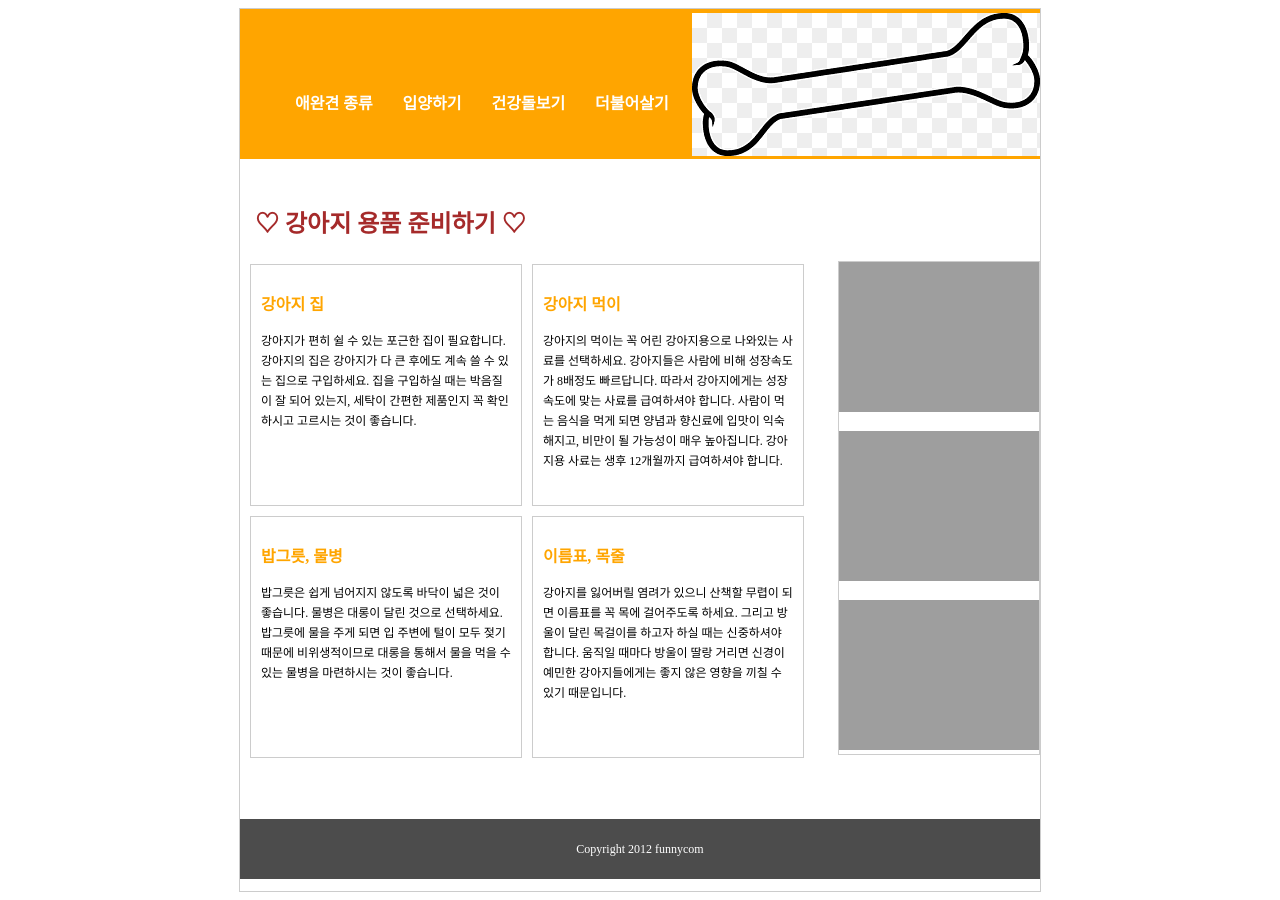
Repository: b1996om/HTML-CSS_study
Page: pro07/public/HTML5-layout.html
An editor plug-in stored every save of this project. The page is shown before and after the next save, followed by the edit.
The browser window is 1280 px wide. The pictures show the whole page.
Pictures or frames that could not be fetched are drawn as grey boxes.

Above is the page before, as saved 2022-12-07 08:22:31.

### pro07/public/HTML5-layout.html
<!DOCTYPE html>
<html lang="ko">
<head>
	<meta charset="utf-8">
	<title>HTML 레이아웃</title>
	<link href="css/style4.css" rel="stylesheet" type="text/css">
</head>
<body>
	<div id="wrapper">
		<header>
			<nav>
				<ul>
					<li><a href="#">애완견 종류</a></li>
					<li><a href="#">입양하기</a></li>
					<li><a href="#">건강돌보기</a></li>
					<li><a href="#">더불어살기</a></li>
				</ul>
			</nav>
		</header>
		<section>
			<h2>♡ 강아지 용품 준비하기 ♡</h2>
			<article class="at1">
				<h3>강아지 집</h3>
				<p>강아지가 편히 쉴 수 있는 포근한 집이 필요합니다. 강아지의 집은 강아지가 다 큰 후에도
				계속 쓸 수 있는 집으로 구입하세요. 집을 구입하실 때는 박음질이 잘 되어 있는지, 세탁이
				간편한 제품인지 꼭 확인하시고 고르시는 것이 좋습니다.</p>
			</article>
			<article class="at2">
				<h3>강아지 먹이</h3>
				<p>강아지의 먹이는 꼭 어린 강아지용으로 나와있는 사료를 선택하세요. 강아지들은 사람에
				비해 성장속도가 8배정도 빠르답니다. 따라서 강아지에게는 성장속도에 맞는 사료를 급여하셔야
				합니다. 사람이 먹는 음식을 먹게 되면 양념과 향신료에 입맛이 익숙해지고, 비만이 될
				가능성이 매우 높아집니다. 강아지용 사료는 생후 12개월까지 급여하셔야 합니다.</p>
			</article>
			<article class="at3">
				<h3>밥그릇, 물병</h3>
				<p>밥그릇은 쉽게 넘어지지 않도록 바닥이 넓은 것이 좋습니다. 물병은 대롱이 달린 것으로
				선택하세요. 밥그릇에 물을 주게 되면 입 주변에 털이 모두 젖기 때문에 비위생적이므로
				대롱을 통해서 물을 먹을 수 있는 물병을 마련하시는 것이 좋습니다.</p>
			</article>
			<article class="at4">
				<h3>이름표, 목줄</h3>
				<p>강아지를 잃어버릴 염려가 있으니 산책할 무렵이 되면 이름표를 꼭 목에 걸어주도록 하세요.
				그리고 방울이 달린 목걸이를 하고자 하실 때는 신중하셔야 합니다. 움직일 때마다 방울이 딸랑
				거리면 신경이 예민한 강아지들에게는 좋지 않은 영향을 끼칠 수 있기 때문입니다.</p>
			</article>
		</section>
		<aside>
			<img src="images/dog1.jpg" width=200 height=150 alt="강아지1">
			<img src="images/dog2.jpg" width=200 height=150 alt="강아지2">
			<img src="images/dog3.jpg" width=200 height=150 alt="강아지3">
		</aside>
		<footer>
			<p>Copyright 2012 funnycom</p>
		</footer>
	</div>
</body>
</html>

### pro07/public/css/style4.css
@charset "utf-8";

body {
	fontfamily:"맑은 고딕";
}
#wrapper {
	width:800px;
	margin:0 auto;
	border:1px solid #ccc;
}
header {
	width:100%;
	height:150px;
	background-color:orange;
	background-image:url(images/nav2.png);
	background-repeat:no-repeat;
	background-position:right center;
}
header nav {
	float:left;
	width:70%;
	margin-top:50px;
}
nav ul {
	list-style:none;
}
nav ul li {
	display:inline;
	float:left;
	font-weight:bold;
	margin:15px;
}
nav ul li a {
	color:white;
	text-decoration:none;
}
footer p {
	padding:20px;
}
h1 {
	font-size:2em;
}
h2 {
	color:brown;
	padding-left:10px;
	font-size:1.5em;
}
h3 {
	color:orange;
	font-size:1.0em;
}
p {
	line-height:20px;
	font-size:12px;
}
section {
	float:left;
	width:580px;
	height:630px;
	padding:5px;
	margin-top:20px;
}
section article {
	float:left;
	width:250px;
	height:220px;
	margin:5px;
	padding:10px;
	border:1px solid #ccc;
}
aside {
	float:right;
	width:200px;
	height:auto;
	margin-top:102px;
	border:1px solid #ccc;
	text-align:center;
}
img:nth-child(2) {
	margin-top:15px;
}
img:nth-child(3) {
	margin-top:15px;
}
footer {
	clear:both;
	width:800px;
	margin-bottom:0;
	background-color:#4c4c4c;
	color:white;
	text-align:center;
}
.at1, .at2, .at3, .at4 {
	transition:1s;
}
.at1:hover {
	background-color:#cf9;
	border:1px solid green;
}
.at2:hover {
	background-color:#a2d0ff;
	border:1px solid blue;
}
.at3:hover {
	background-color:#ebcbfe;
	border:1px solid purple;
}
.at4:hover {
	background-color:#ffd2e9;
	border:1px solid red;
}

After the next save:
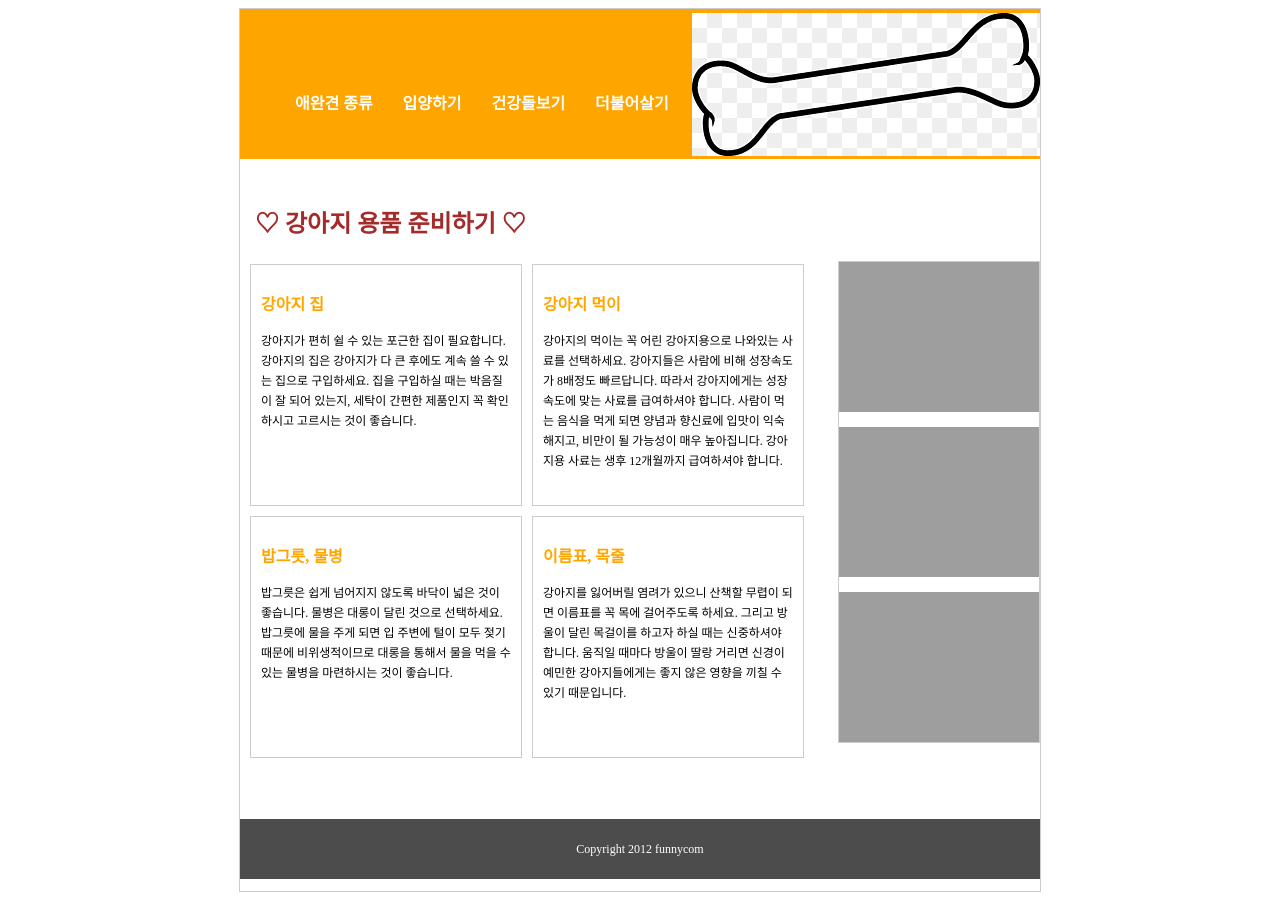
Saved 15 h 29 min later.
--- a/pro07/public/css/style4.css
+++ b/pro07/public/css/style4.css
@@ -76,8 +76,12 @@ aside {
 	border:1px solid #ccc;
 	text-align:center;
 }
+img {
+	display:block;
+}
 img:nth-child(2) {
 	margin-top:15px;
+
 }
 img:nth-child(3) {
 	margin-top:15px;
@@ -85,7 +89,6 @@ img:nth-child(3) {
 footer {
 	clear:both;
 	width:800px;
-	margin-bottom:0;
 	background-color:#4c4c4c;
 	color:white;
 	text-align:center;
